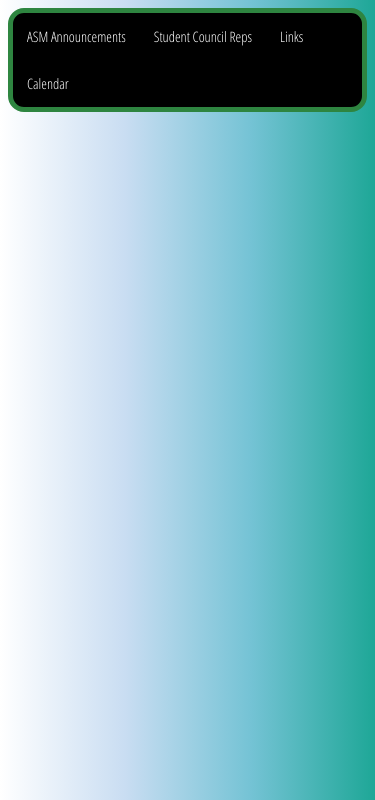
Repository: thecptwaffles/stu-co
Page: index.html
These files come from the project's save history. The page is drawn as it stood at one moment and after the next save; the edit follows.
The browser window is 375 px wide. The pictures show the whole page.

Above is the page before, as saved 2021-11-30 16:46:54.
Console error: TypeError: Cannot set properties of null (setting 'innerHTML')

### index.html
<!DOCTYPE html>
<html lang="en">

<head>
    <meta charset="UTF-8">
    <meta http-equiv="X-UA-Compatible" content="IE=edge">
    <meta name="viewport" content="width=device-width, initial-scale=1.0">
    <title>DCIS Student Council</title>
    <link rel="stylesheet" href="style.css">
</head>

<body>
    <div class="nav-bar">
        <a href="">ASM Announcements</a>
        <a href="">Student Council Reps</a>
        <a href="">Links</a>
        <a href="">Calendar</a>
        <a href=""></a>
    </div>

    <script src="./script.js"></script>
</body>

</html>

### style.css
@import url('https://fonts.googleapis.com/css2?family=Montserrat:wght@200&family=Open+Sans+Condensed:wght@300&display=swap');

:root {
    --prim-clr: #ffffff;
    --sec-clr: #2b5797;
    --accent-clr:#2e8540;
     background-image: linear-gradient(to right, #ffffff, #c9ddf2, #75c3d5, #1ea797);
     --prim-font:'Montserrat', sans-serif;
     --sec-font: 'Open Sans Condensed', sans-serif;
     margin: 0;
     padding: 0;
}

h1 {
    font-family:var(--prim-font);
    font-size: 4rem;
    text-align: center;
}

/* Style the navbar */
.nav-bar {
  overflow: hidden;
  background-color: #000000;
  font-family: var(--sec-font);
  border: 5px solid var(--accent-clr);
  border-radius: 1rem;
}

/* Navbar links */
.nav-bar a {
  float: left;
  display: block;
  color: #ffffff;
  text-align: center;
  padding: 14px;
  text-decoration: none;
  cursor: default;
  font-size: .9rem;
}

.nav-bar a:hover {
    background-color: #292929;
}

### script.js
let date = new Date().toISOString().slice(0,10);

let test = new Date().toISOString();

let dateClass = document.getElementsByClassName('date');

console.log(test);

document.getElementById("date").innerHTML = date;

After the next save:
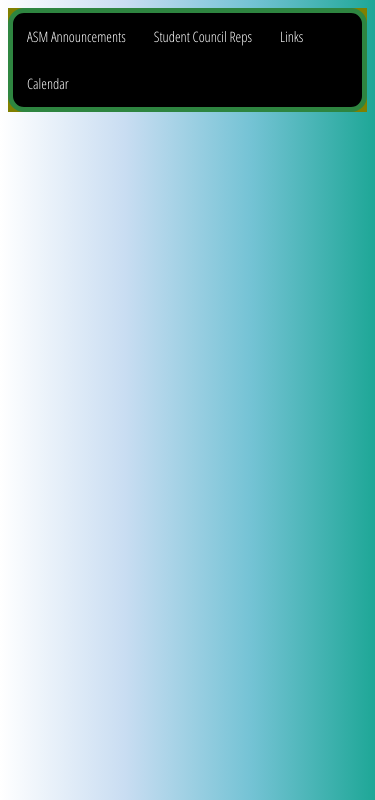
Saved 3 days later.
--- a/style.css
+++ b/style.css
@@ -41,3 +41,9 @@ h1 {
 .nav-bar a:hover {
     background-color: #292929;
 }
+
+@media screen and (max-width: 600px) {
+  body {
+    background-color: olive;
+  }
+}

After the save that followed:
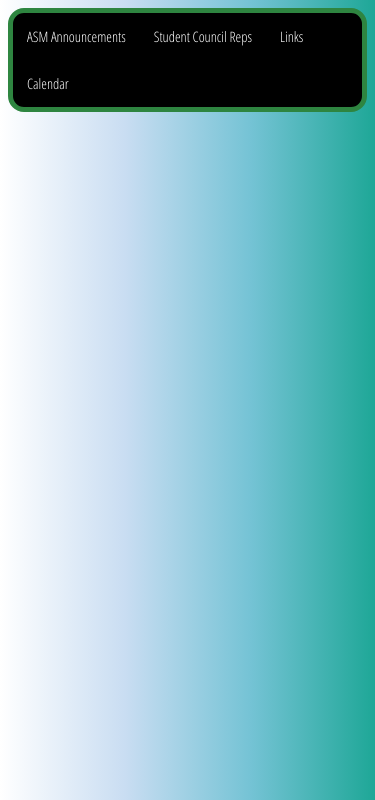
Saved 23 s later.
--- a/style.css
+++ b/style.css
@@ -43,7 +43,7 @@ h1 {
 }
 
 @media screen and (max-width: 600px) {
-  body {
+  html {
     background-color: olive;
   }
 }
